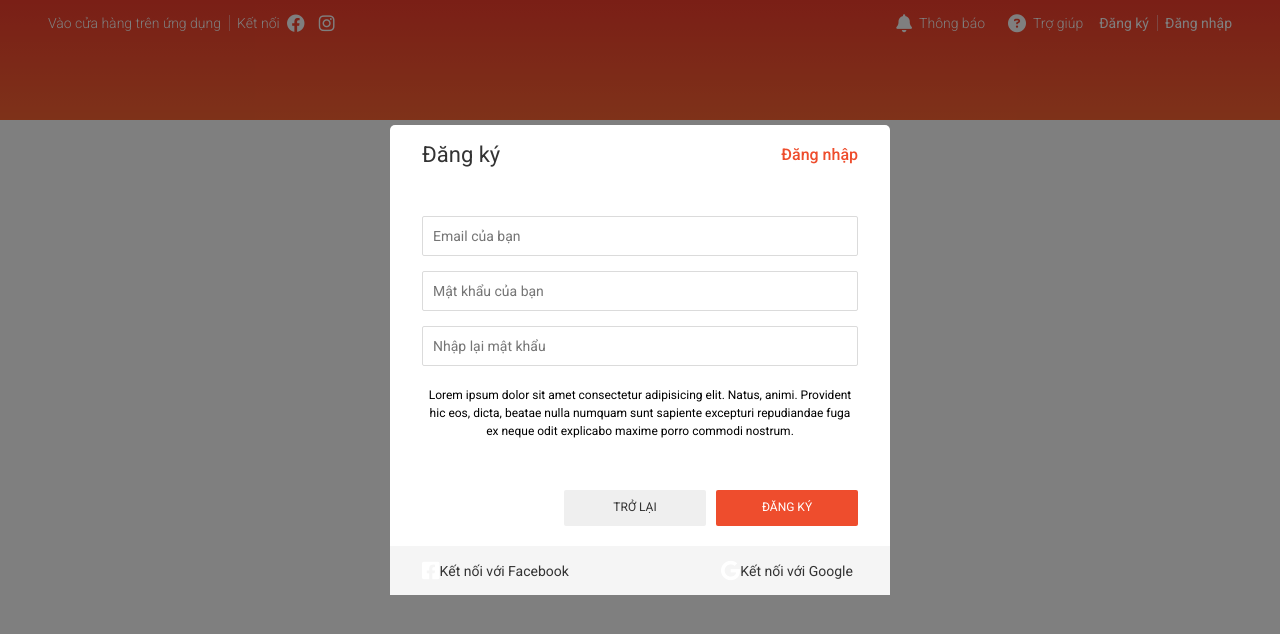
Repository: dptuyen1/F8-Tutorial
Page: index.html
The author's editor kept a copy of each file at every save. The page is drawn from the files as they stood at one save, then again after the next save.
The browser window is 1280 px wide. The pictures show the whole page.

Above is the page before, as saved 2023-05-08 18:12:37.

### index.html
<!DOCTYPE html>
<html lang="en">
  <head>
    <meta charset="UTF-8" />
    <meta http-equiv="X-UA-Compatible" content="IE=edge" />
    <meta name="viewport" content="width=device-width, initial-scale=1.0" />
    <title>Document</title>
    <link
      rel="stylesheet"
      href="https://cdnjs.cloudflare.com/ajax/libs/normalize/8.0.1/normalize.min.css"
      integrity="sha512-NhSC1YmyruXifcj/KFRWoC561YpHpc5Jtzgvbuzx5VozKpWvQ+4nXhPdFgmx8xqexRcpAglTj9sIBWINXa8x5w=="
      crossorigin="anonymous"
      referrerpolicy="no-referrer"
    />
    <link rel="stylesheet" href="assets/css/base.css" />
    <link rel="stylesheet" href="assets/css/main.css" />
    <link
      rel="stylesheet"
      href="assets/fonts/fontawesome-free-6.4.0-web/css/all.min.css"
    />
    <link rel="preconnect" href="https://fonts.googleapis.com" />
    <link rel="preconnect" href="https://fonts.gstatic.com" crossorigin />
    <link
      href="https://fonts.googleapis.com/css2?family=Roboto:wght@300;400;500;700&display=swap"
      rel="stylesheet"
    />
  </head>

  <body>
    <div class="app">
      <header class="header">
        <div class="grid">
          <nav class="header__navbar">
            <ul class="header__navbar-list">
              <li
                class="header__navbar-item header__navbar-item-has-qr header__navbar-item-separate"
              >
                Vào cửa hàng trên ứng dụng
                <div class="header__qr">
                  <img
                    src="assets/img/qr_code.png"
                    alt="QR Cođe"
                    class="header__qr-img"
                  />
                  <div class="header__qr-apps">
                    <a href="" class="header__qr-link">
                      <img
                        src="assets/img/google_play.png"
                        alt="Google Play"
                        class="header__qr-download-img"
                      />
                    </a>
                    <a href="" class="header__qr-link">
                      <img
                        src="assets/img/app_store.png"
                        alt="App Store"
                        class="header__qr-download-img"
                      />
                    </a>
                  </div>
                </div>
              </li>
              <li class="header__navbar-item">
                <span class="header__navbar-title-no-pointer">Kết nối</span>
                <a href="" class="header__navbar-icon-link">
                  <i class="header__navbar-icon fa-brands fa-facebook"></i>
                </a>
                <a href="" class="header__navbar-icon-link">
                  <i class="header__navbar-icon fa-brands fa-instagram"></i>
                </a>
              </li>
            </ul>
            <ul class="header__navbar-list">
              <li class="header__navbar-item header__navbar-item--has-notify">
                <a href="" class="header__navbar-item-link">
                  <a href="" class="header__navbar-icon-link">
                    <i class="header__navbar-icon fa-solid fa-bell"></i> </a
                  >Thông báo
                </a>
                <div class="header__notify">
                  <header class="header__notify-header">
                    <h3>Thông báo mới nhận</h3>
                  </header>
                  <ul class="header__notify-list">
                    <li class="header__notify-item">
                      <a href="" class="header_notify-link">
                        <img
                          src="assets/img/comestic.jpg"
                          alt=""
                          class="header__notify-img"
                        />
                        <div class="header__notify-info">
                          <span class="header_notify-name"
                            >Mỹ phẩm Ohui chính hãng</span
                          >
                          <span class="header__notify-description"
                            >Mô tả mỹ tả Ohui chính hãng</span
                          >
                        </div>
                      </a>
                    </li>
                    <li class="header__notify-item header__notify-item--read">
                      <a href="" class="header_notify-link">
                        <img
                          src="assets/img/comestic.jpg"
                          alt=""
                          class="header__notify-img"
                        />
                        <div class="header__notify-info">
                          <span class="header_notify-name"
                            >Mỹ phẩm Ohui chính hãng</span
                          >
                          <span class="header__notify-description"
                            >Mô tả mỹ tả Ohui chính hãng</span
                          >
                        </div>
                      </a>
                    </li>
                    <li class="header__notify-item">
                      <a href="" class="header_notify-link">
                        <img
                          src="assets/img/comestic.jpg"
                          alt=""
                          class="header__notify-img"
                        />
                        <div class="header__notify-info">
                          <span class="header_notify-name"
                            >Mỹ phẩm Ohui chính hãng</span
                          >
                          <span class="header__notify-description"
                            >Mô tả mỹ tả Ohui chính hãng</span
                          >
                        </div>
                      </a>
                    </li>
                  </ul>
                  <footer class="header__notify-footer">
                    <a href="" class="header__notify-footer-btn">Xem tất cả</a>
                  </footer>
                </div>
              </li>
              <li class="header__navbar-item">
                <a href="" class="header__navbar-item-link">
                  <a href="" class="header__navbar-icon-link">
                    <i
                      class="header__navbar-icon fa-solid fa-circle-question"
                    ></i></a
                  >Trợ giúp
                </a>
              </li>
              <li
                class="header__navbar-item header__navbar-item-bold header__navbar-item-separate"
              >
                Đăng ký
              </li>
              <li class="header__navbar-item header__navbar-item-bold">
                Đăng nhập
              </li>
            </ul>
          </nav>
        </div>
      </header>

      <div class="container"></div>

      <footer class="footer"></footer>
    </div>

    <!-- Modal layout -->
    <div class="modal">
      <div class="modal__overlay"></div>
      <div class="modal__body">
        <div class="modal__inner"></div>

        <!-- Authenticated Form -->
        <form class="auth-form">
          <div class="auth-form__container">
            <div class="auth-form__header">
              <h3 class="auth_form__heading">Đăng ký</h3>
              <span class="auth_form__switch-btn">Đăng nhập</span>
            </div>
            <div class="auth-form__form">
              <div class="auth-form__group">
                <input
                  type="text"
                  class="auth-form__input"
                  placeholder="Email của bạn"
                />
              </div>
              <div class="auth-form__group">
                <input
                  type="password"
                  class="auth-form__input"
                  placeholder="Mật khẩu của bạn"
                />
              </div>
              <div class="auth-form__group">
                <input
                  type="password"
                  class="auth-form__input"
                  placeholder="Nhập lại mật khẩu"
                />
              </div>
            </div>
            <div class="auth-form__aside">
              <p>
                Lorem ipsum dolor sit amet consectetur adipisicing elit. Natus,
                animi. Provident hic eos, dicta, beatae nulla numquam sunt
                sapiente excepturi repudiandae fuga ex neque odit explicabo
                maxime porro commodi nostrum.
              </p>
            </div>
            <div class="auth-form__controls">
              <button class="btn btn--back">TRỞ LẠI</button>
              <button class="btn btn--primary">ĐĂNG KÝ</button>
            </div>
          </div>

          <div class="auth-form__socials">
            <a href="" class="btn btn--size-s btn--with-icon">
              <i
                class="auth-form_socials-icon fa-brands fa-square-facebook"
              ></i>
              Kết nối với Facebook
            </a>
            <a href="" class="btn btn--size-s btn--with-icon">
              <i class="auth-form_socials-icon fa-brands fa-google"></i>
              Kết nối với Google
            </a>
          </div>
        </form>
      </div>
    </div>
  </body>
</html>

### assets/css/base.css
:root {
  --primary-color: #ee4d2d;
  --white-color: #fff;
  --black-color: #000;
  --text-color: #333;
  --border-color: #dbdbdb;
}

* {
  box-sizing: inherit;
}

html {
  font-size: 62.5%;
  line-height: 1.6rem;
  font-family: "Roboto", sans-serif;
  box-sizing: border-box;
}

.grid {
  width: 1200px;
  max-width: 100%;
  /* căn giữa */
  margin: 0 auto;
}

.grid__full-width {
  width: 100%;
}

.grid__row {
  display: flex;
  flex-wrap: wrap;
}

/* Modal */
.modal {
  position: fixed;
  top: 0;
  right: 0;
  bottom: 0;
  left: 0;
  display: flex;
}

.modal__overlay {
  position: absolute;
  width: 100%;
  height: 100%;
  background-color: rgba(0, 0, 0, 0.5);
}

.modal__body {
  background-color: var(--white-color);
  margin: auto;
  position: relative;
  z-index: 1;
  border-radius: 5px;
}

.modal__inner {
}

/* Button style */
.btn {
  min-width: 142px;
  height: 36px;
  text-decoration: none;
  border: none;
  border-radius: 2px;
  cursor: pointer;
  padding: 0;
  font-size: 1.2rem;
  color: var(--text-color);
  display: flex;
  justify-content: center;
  align-items: center;
}

.btn:hover {
  background-color: rgba(0, 0, 0, 0.2);
}

.btn.btn--size-s {
  height: 25px;
  font-size: 1.4rem;
}

.btn.btn--primary {
  color: var(--white-color);
  background-color: var(--primary-color);
}

.btn.btn--disabled {
  color: #ccc;
  cursor: default;
  background-color: #999;
}

/* Animation */
@keyframes fadeIn {
  from {
    opacity: 0;
  }

  to {
    opacity: 1;
  }
}

@keyframes notifyGrowth {
  from {
    opacity: 0;
    transform: scale(0);
  }

  to {
    opacity: 1;
    transform: scale(1);
  }
}

### assets/css/main.css
.header {
  height: 120px;
  background-image: linear-gradient(0, #fe6433, #f53e2d);
}

.header__navbar {
  display: flex;
  justify-content: space-between;
}

.header__navbar-list {
  list-style: none;
  padding-left: 0;
}

.header__navbar-item {
  margin: 0 8px;
  position: relative;
  min-height: 26px;
}

.header__navbar-item-has-qr:hover .header__qr {
  display: block;
}

.header__navbar-item,
.header__navbar-item-link {
  display: inline-block;
  font-size: 1.4rem;
  color: var(--white-color);
  text-decoration: none;
  font-weight: 300;
}

.header__navbar-list,
.header__navbar-item,
.header__navbar-item-link,
.header__navbar-icon-link {
  display: inline-flex;
  align-items: center;
}

.header__navbar-item:hover,
.header__navbar-item-link:hover,
.header__navbar-icon-link:hover {
  color: rgba(255, 255, 255, 0.5);
  cursor: pointer;
}

.header__navbar-item--has-notify:hover .header__notify {
  display: block;
}

.header__navbar-item-bold {
  font-weight: 400;
}

.header__navbar-item-separate::after {
  content: "";
  display: block;
  position: absolute;
  border-left: 1px solid #fb9086;
  height: 16px;
  right: -9px;
  top: 50%;
  transform: translateY(-50%);
}

.header__navbar-icon-link {
  color: var(--white-color);
  text-decoration: none;
}

.header__navbar-icon {
  font-size: 1.8rem;
  margin: 0 7px;
}

.header__navbar-title-no-pointer {
  cursor: text;
  color: var(--white-color);
}

/* Header QR Code  */
.header__qr {
  width: 185px;
  background-color: var(--white-color);
  position: absolute;
  left: 0;
  /* cao bằng thẻ chứa nó */
  top: 150%;
  padding: 8px;
  border-radius: 2px;
  display: none;
  animation: fadeIn ease-in 0.5s;
}

.header__qr::before {
  content: "";
  display: block;
  position: absolute;
  width: 100%;
  height: 20px;
  left: 0;
  top: -20px;
}

.header__qr-img {
  width: 100%;
}

.header__qr-apps {
  display: flex;
  justify-content: space-between;
}

.header__qr-link:first-child {
  margin-left: 11px;
}

.header__qr-link:last-child {
  margin-right: 11px;
}

.header__qr-download-img {
  height: 15px;
}

/* Header notification */

.header__notify {
  position: absolute;
  top: 150%;
  right: 0;
  width: 405px;
  background-color: var(--white-color);
  border: 1px solid #d3d3d3;
  border-radius: 2px;
  cursor: default;
  transform-origin: top right;
  display: none;
  animation: notifyGrowth ease-in 0.5s;
}

.header__notify::before {
  content: "";
  border-width: 20px 30px;
  border-style: solid;
  border-color: transparent transparent var(--white-color) transparent;
  position: absolute;
  right: 0;
  top: -30px;
}

.header__notify::after {
  content: "";
  display: block;
  position: absolute;
  right: 0;
  top: -20px;
  width: 100%;
  height: 20px;
}

.header__notify-header {
  height: 40px;
  background-color: var(--white-color);
}

.header__notify-header h3 {
  color: #999;
  margin: 0 0 0 12px;
  font-weight: 400;
  font-size: 1.4rem;
  line-height: 40px;
}

.header__notify-list {
  padding-left: 0;
}

.header__notify-item {
  display: flex;
}

.header__notify-item:hover {
  background-color: #f7f7f7;
}

.header__notify-item--read {
  background-color: rgba(238, 77, 45, 0.2);
}

.header_notify-link {
  width: 100%;
  display: flex;
  padding: 12px;
  text-decoration: none;
}

.header__notify-img {
  width: 50px;
  object-fit: contain;
}

.header__notify-info {
  margin-left: 12px;
}

.header_notify-name {
  display: block;
  font-size: 1.4rem;
  color: var(--black-color);
  font-weight: 400;
}

.header__notify-description {
  display: block;
  font-size: 1.2rem;
  line-height: 2rem;
  color: #756f6e;
  margin-top: 10px;
}

.header__notify-footer {
  display: flex;
}

.header__notify-footer-btn {
  text-decoration: none;
  color: var(--text-color);
  margin: 0 auto;
  padding: 10px;
  font-size: 1.4rem;
  font-weight: 400;
}

/* Authenticated modal */
.auth-form {
  width: 500px;
}

.auth-form__container {
  padding: 0 32px;
}

.auth-form__header {
  display: flex;
  align-items: center;
  justify-content: space-between;
}

.auth_form__heading {
  font-size: 2.2rem;
  font-weight: 400;
  color: var(--text-color);
}

.auth_form__switch-btn {
  font-size: 1.6rem;
  color: var(--primary-color);
  font-weight: 500;
  cursor: pointer;
}

.auth-form__form {
  margin-top: 16px;
}

.auth-form__group {
}

.auth-form__input {
  width: 100%;
  height: 40px;
  margin-top: 15px;
  padding: 0 10px;
  font-size: 1.4rem;
  border: 1px solid var(--border-color);
  border-radius: 2px;
  outline: none;
}

.auth-form__input:focus {
  border-color: #777;
}

.auth-form__aside {
  margin-top: 20px;
}

.auth-form__aside p {
  font-size: 1.2rem;
  line-height: 1.8rem;
  text-align: center;
}

.auth-form__controls {
  margin-top: 50px;
  margin-bottom: 20px;
  display: flex;
  justify-content: flex-end;
}

.btn {
}

.btn--back {
  margin-right: 10px;
}

.btn--primary {
}

.auth-form__socials {
  background-color: #f5f5f5;
  padding: 12px 32px;
  display: flex;
  justify-content: space-between;
}

.btn--with-icon {
}

.auth-form_socials-icon {
  font-size: 2rem;
  color: var(--white-color);
}

Loaded but not shown: assets/fonts/fontawesome-free-6.4.0-web/css/all.min.css (library)

After the next save:
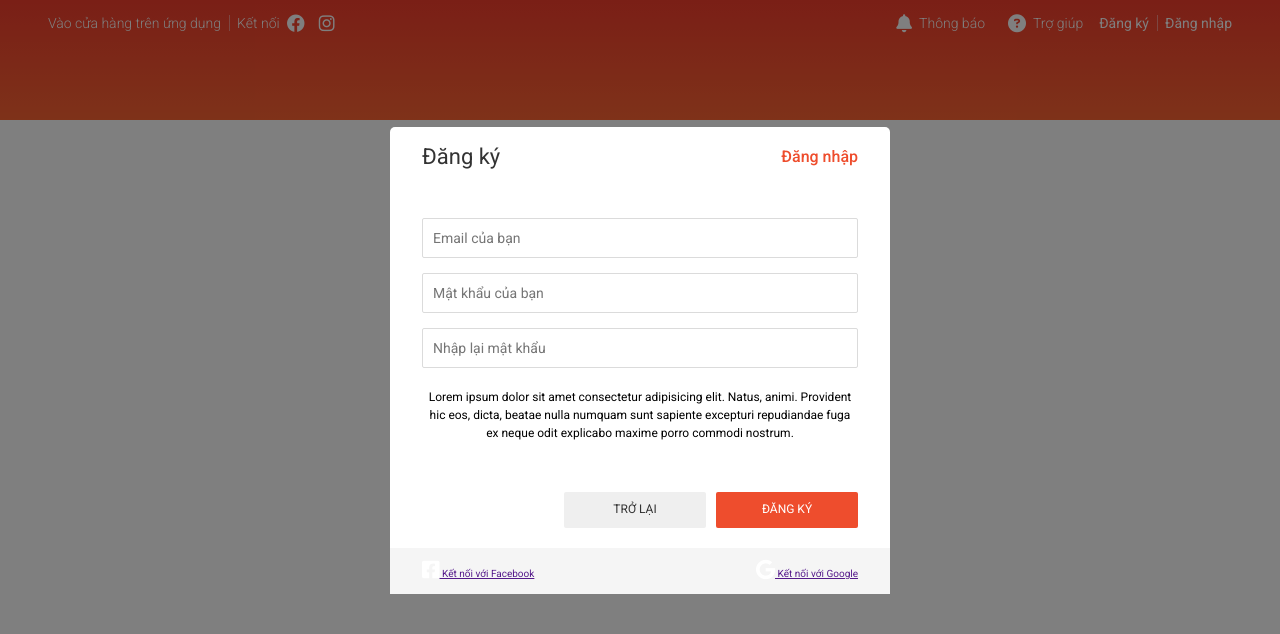
Saved 92 s later.
--- a/index.html
+++ b/index.html
@@ -217,13 +217,19 @@
           </div>
 
           <div class="auth-form__socials">
-            <a href="" class="btn btn--size-s btn--with-icon">
+            <a
+              href=""
+              class="auth-form__socials--facebookbtn btn--size-s btn--with-icon"
+            >
               <i
                 class="auth-form_socials-icon fa-brands fa-square-facebook"
               ></i>
               Kết nối với Facebook
             </a>
-            <a href="" class="btn btn--size-s btn--with-icon">
+            <a
+              href=""
+              class="auth-form__socials--facebookbtn btn--size-s btn--with-icon"
+            >
               <i class="auth-form_socials-icon fa-brands fa-google"></i>
               Kết nối với Google
             </a>

After the save that followed:
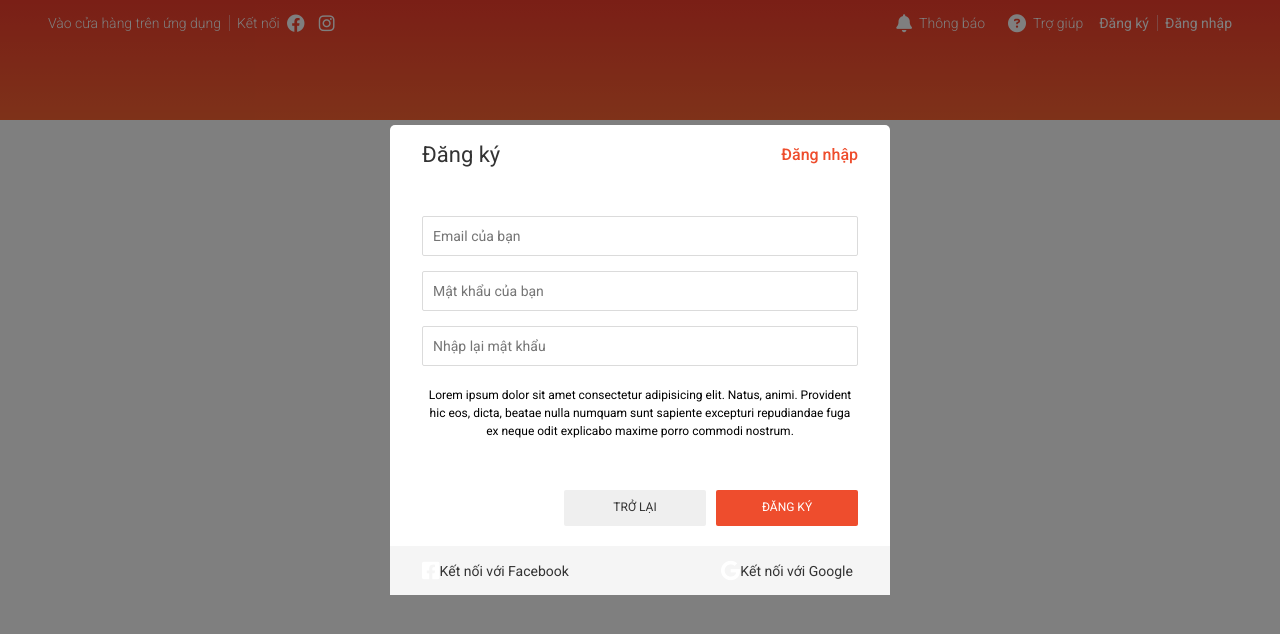
Saved 7 s later.
--- a/index.html
+++ b/index.html
@@ -219,7 +219,7 @@
           <div class="auth-form__socials">
             <a
               href=""
-              class="auth-form__socials--facebookbtn btn--size-s btn--with-icon"
+              class="auth-form__socials--facebook btn btn--size-s btn--with-icon"
             >
               <i
                 class="auth-form_socials-icon fa-brands fa-square-facebook"
@@ -228,7 +228,7 @@
             </a>
             <a
               href=""
-              class="auth-form__socials--facebookbtn btn--size-s btn--with-icon"
+              class="auth-form__socials--google btn btn--size-s btn--with-icon"
             >
               <i class="auth-form_socials-icon fa-brands fa-google"></i>
               Kết nối với Google
